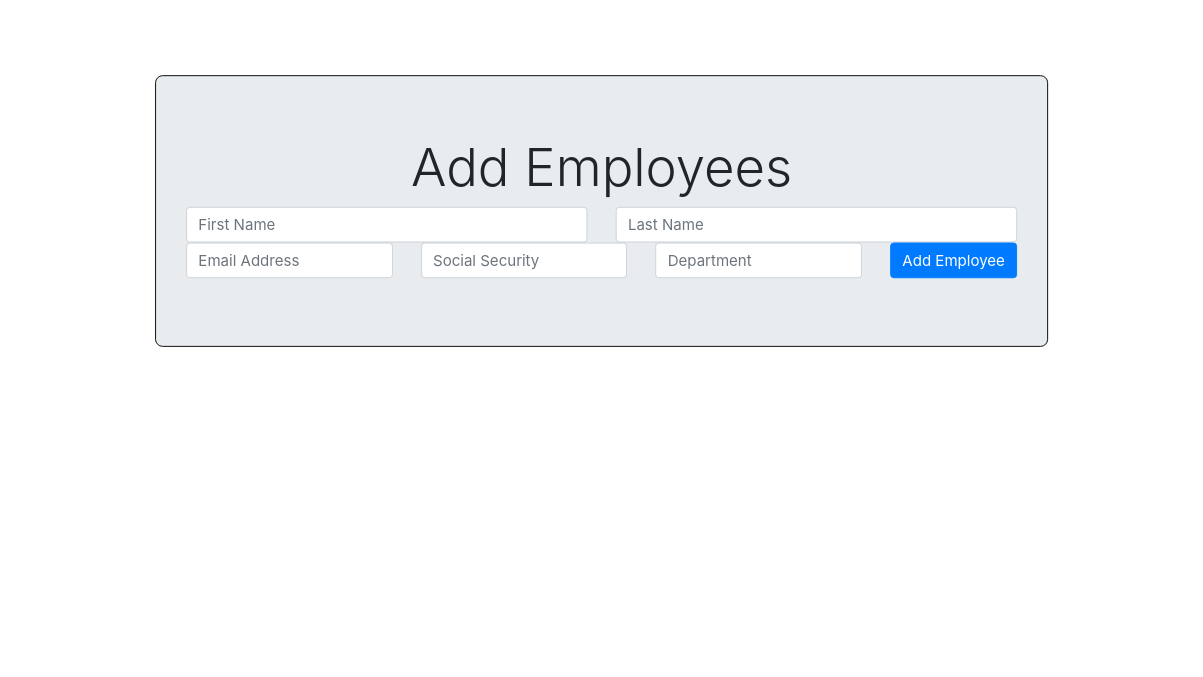
Repository: julianvanost/Week-06
Page: Day_02/Employees/public/index.html
The author's editor kept a copy of each file at every save. The page is drawn from the files as they stood at one save, then again after the next save.
The browser window is 1280 px wide. The pictures show the whole page, at 94% of full size.

Above is the page before, as saved 2020-02-19 12:40:03.

After the next save:
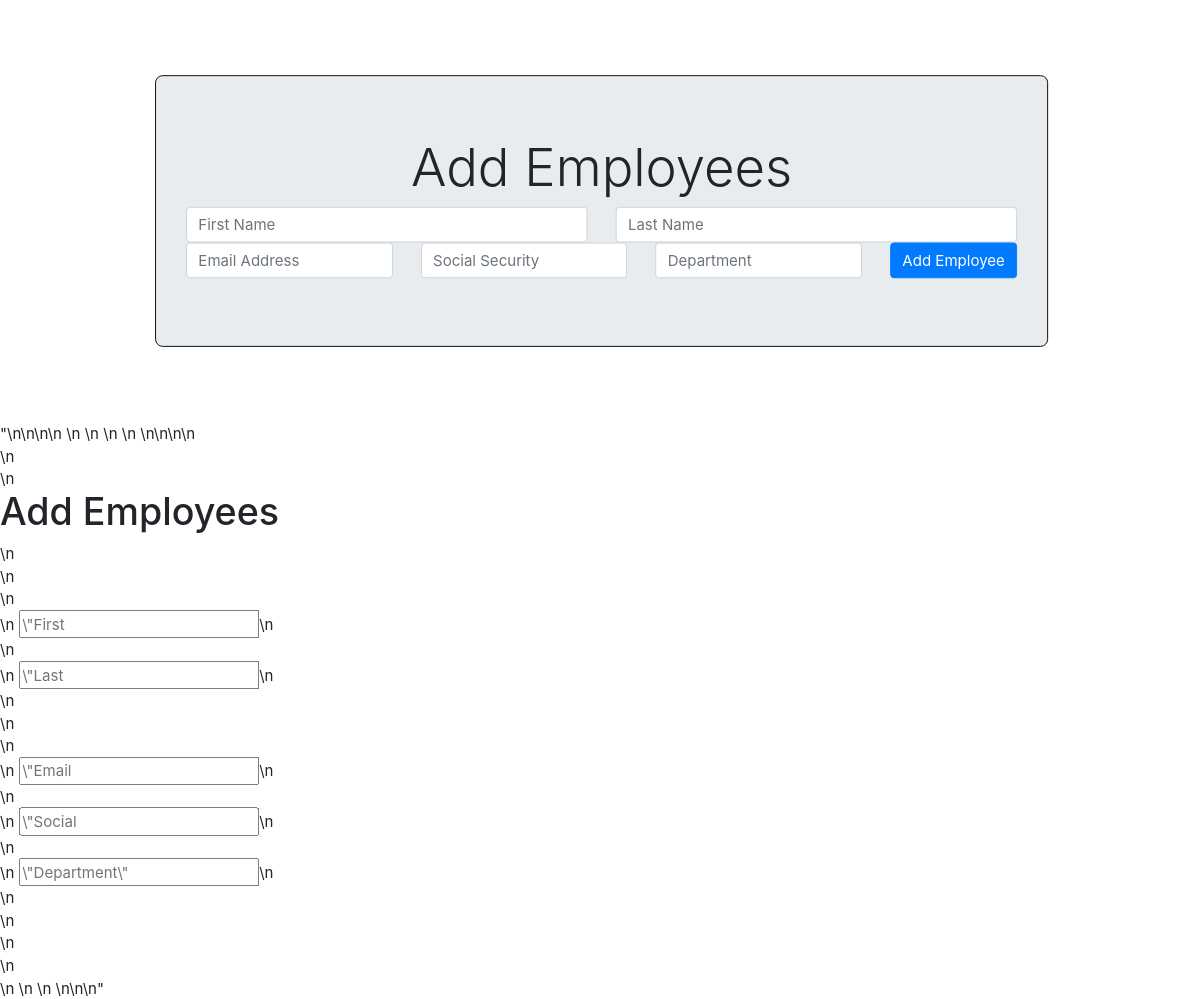
Saved 57 s later.
--- a/Day_02/Employees/public/index.html
+++ b/Day_02/Employees/public/index.html
@@ -51,31 +51,36 @@
   <script src="https://code.jquery.com/jquery-3.4.1.slim.min.js"></script>
   <script src="https://cdn.jsdelivr.net/npm/popper.js@1.16.0/dist/umd/popper.min.js"></script>
   <script src="https://stackpath.bootstrapcdn.com/bootstrap/4.4.1/js/bootstrap.min.js"></script>
+  <div id="employees"></div>
+
   <script src="https://unpkg.com/axios/dist/axios.min.js"></script>
   <script>
-    const getEmployees = function(params) {
+    const getEmployees = () => {
+      axios.get('/employees')
+        .then(({
+          data
+        }) => {
+          document.getElementById('employees').innerHTML = JSON.stringify(data)
+        })
+        .catch(e => console.error(e))
+    }
 
-      axios.get('/employees')
-      .then(({data}) => {
-        console.log(data)
-        document.getElementById('employees').innerHTML = JSON.stringify(data)
-      })
-      .catch(e => console.error(e))
-      document.getElementById('addEmployee').addEventListener('click', event => {
-        event.preventDefault()
-        axios.post('/employees/'), {
+    document.getElementById('addEmployee').addEventListener('click', event => {
+      event.preventDefault()
+      axios.post('/employees', {
           first_name: document.getElementById('first_name').value,
           last_name: document.getElementById('last_name').value,
           email: document.getElementById('email').value,
           ssn: document.getElementById('ssn').value,
-           department: document.getElementById('department').value,
-          }
+          department: document.getElementById('department').value
         })
+        .then(() => {
+          getEmployees()
+        })
+    })
 
-      }
-
-
-        </script>
+    getEmployees()
+  </script>
         </body>
 
         </html>
